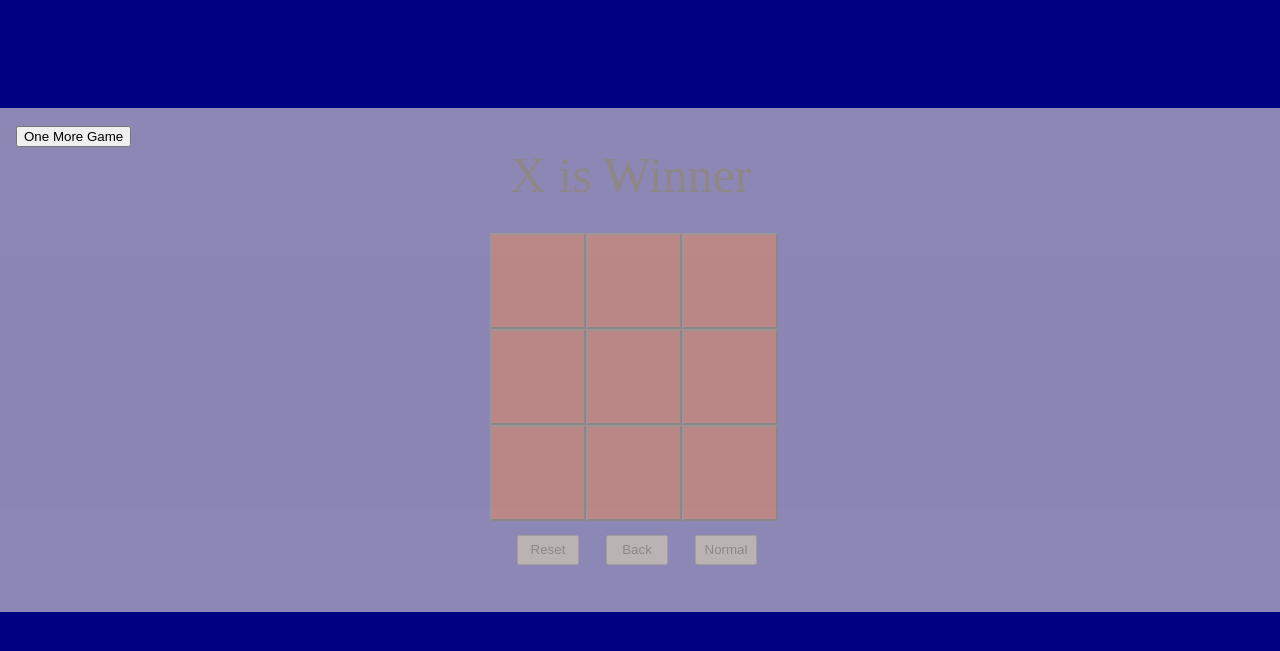
Repository: Mush-s/Folio-OX
Page: /game
These files come from the project's save history. The page is drawn as it stood at one moment and after the next save; the edit follows.
The browser window is 1280 px wide. The pictures show the whole page.
The project was rebuilt for these pictures with package versions that can differ from the ones it lists, and the page was loaded fresh each time. Also part of the build but not shown: src/Start/Start.css, src/Start/Start.js.

Above is the page before, as saved 2022-09-02 19:06:41.

After the next save:
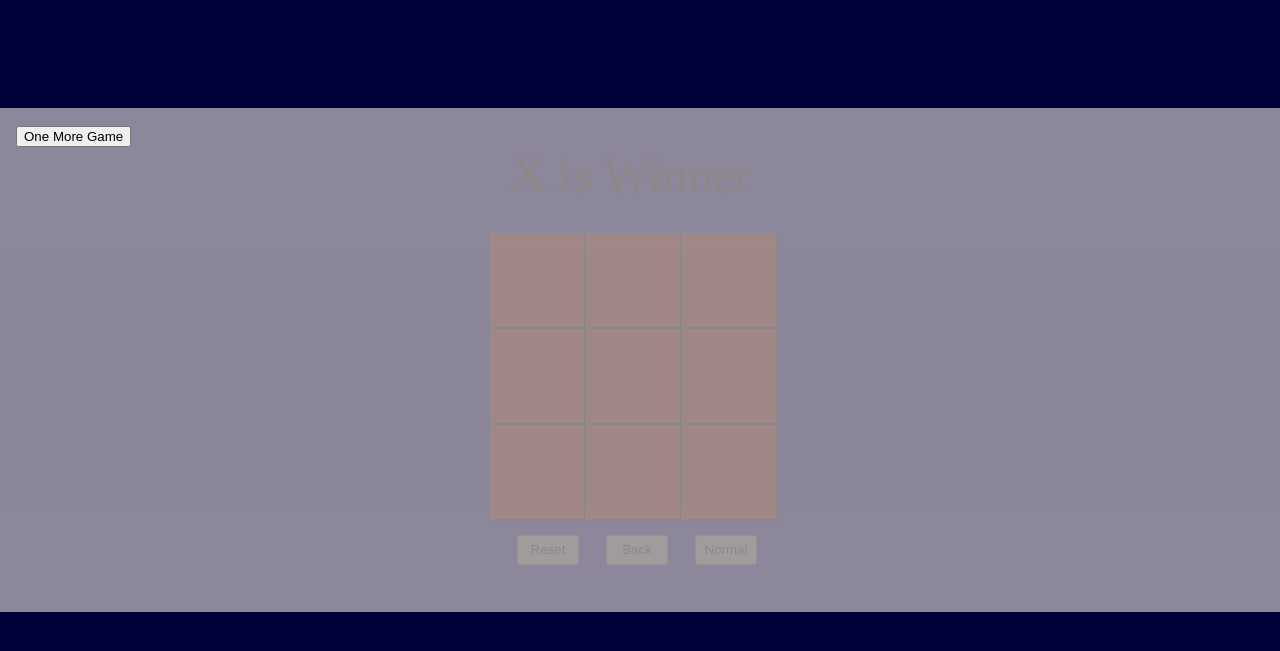
Saved 9 s later.
--- a/src/TicTacToe/AfterGame/AfterGame.css
+++ b/src/TicTacToe/AfterGame/AfterGame.css
@@ -1,5 +1,5 @@
 .after {
-    background: rgba(0, 0, 0, 0.485);
+    background: rgba(0, 0, 0, 0.771);
     position: fixed;
     left: 0;
     top: 0;
